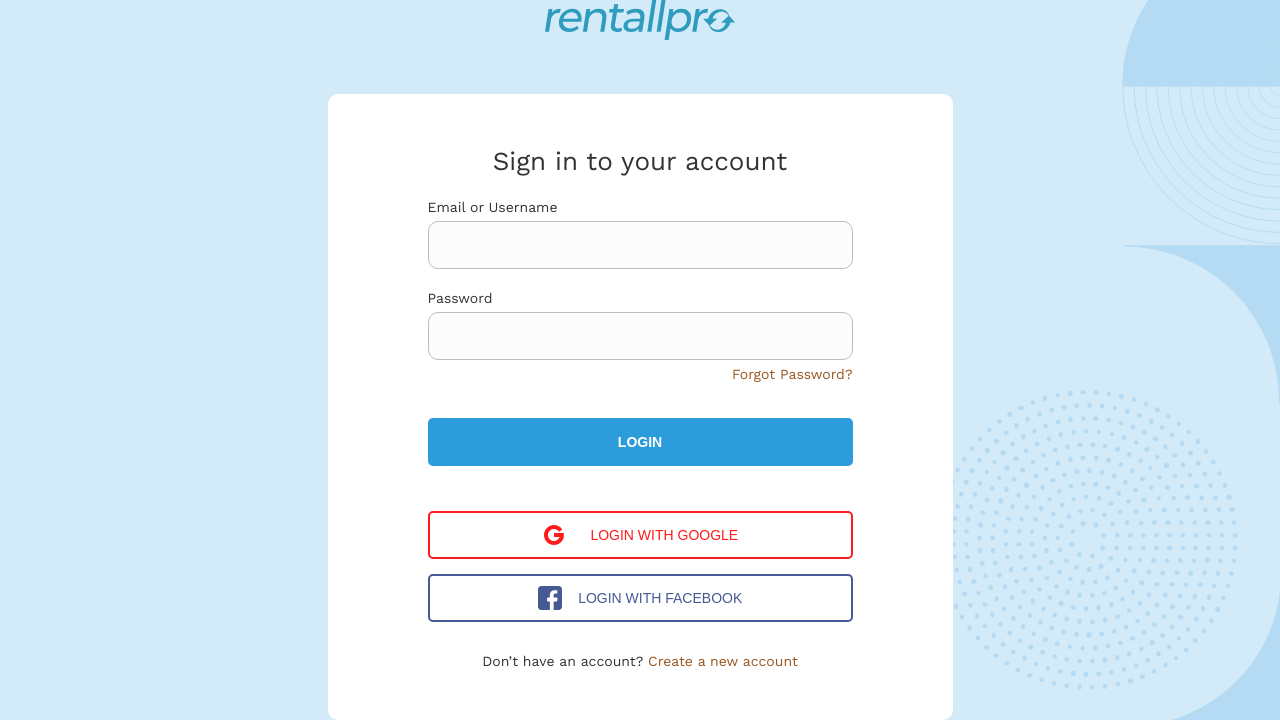
Repository: RentallPro/rentallpro-frontend
Page: /
An editor plug-in stored every save of this project. The page is shown before and after the next save, followed by the edit.
The browser window is 1280 px wide. The pictures show the whole page.
The project was rebuilt for these pictures with package versions that can differ from the ones it lists, and the page was loaded fresh each time.

Above is the page before, as saved 2020-12-09 22:31:08.

After the next save:
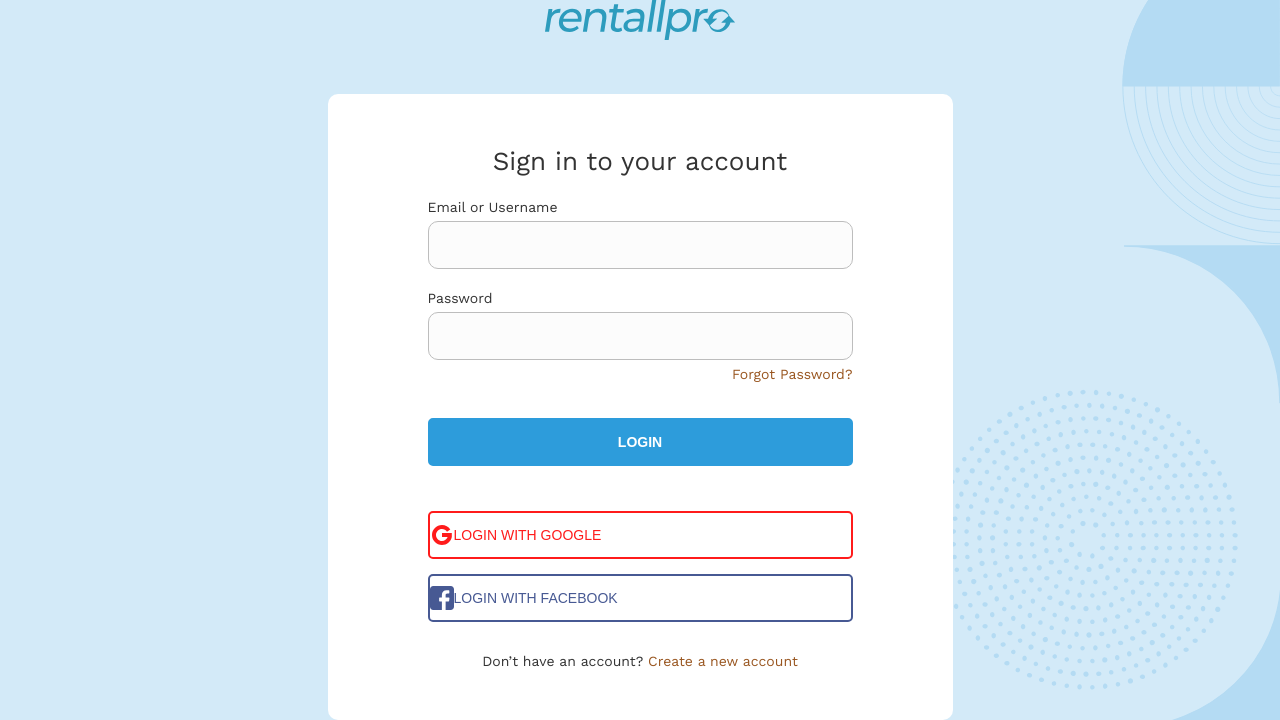
Saved 29 s later.
--- a/src/views/Home/Home.scss
+++ b/src/views/Home/Home.scss
@@ -74,8 +74,7 @@
                 .google-button {
                     display: flex;
                     align-items: center;
-                    justify-content: space-around;
-                    padding: 0 100px;
+
                     color: #FF1B1B;
                     border: 2px solid #FF1B1B;
                     font-weight: 500;
@@ -84,8 +83,7 @@
                 .facebook-button {
                     display: flex;
                     align-items: center;
-                    justify-content: space-around;
-                    padding: 0 100px;
+
                     color: #475993;
                     border: 2px solid #475993;
                     background-color: #FFFFFF;
